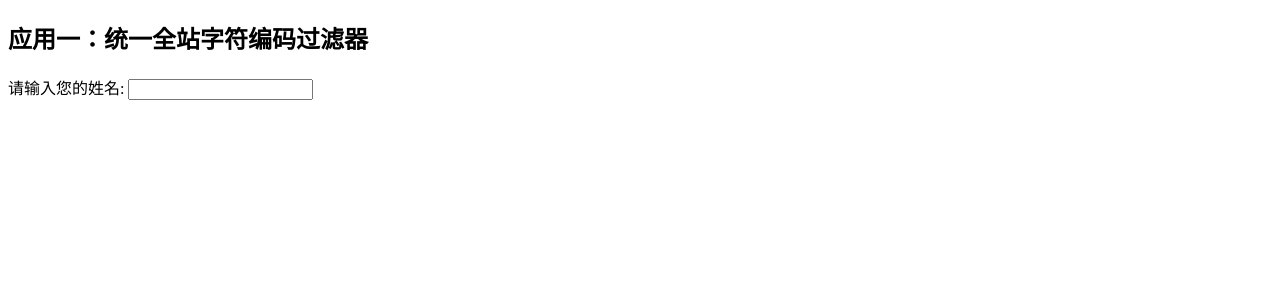
Repository: iamsongpeng/java-web-demo
Page: http://localhost/java-web-demo-filter/demo01/encoding.jsp
The author's editor kept a copy of each file at every save. The page is drawn from the files as they stood at one save, then again after the next save.
The browser window is 1280 px wide. The pictures show the whole page.
The page is served by Tomcat 9. Other server files are loaded and not shown.

Above is the page before, as saved 2017-06-12 16:32:51.

### java-web-demo-filter/WebContent/demo01/encoding.jsp
<%@ page language="java" contentType="text/html; charset=UTF-8"
    pageEncoding="UTF-8"%>
<!DOCTYPE html PUBLIC "-//W3C//DTD HTML 4.01 Transitional//EN" "http://www.w3.org/TR/html4/loose.dtd">
<html>
<head>
<meta http-equiv="Content-Type" content="text/html; charset=UTF-8">
<title>Insert title here</title>
</head>
<body>
	<h2>应用一：统一全站字符编码过滤器</h2>
	<form action="${pageContext.request.contextPath }/encoding">
		请输入您的姓名: <input type="text" name="name">
	</form>
</body>
</html>

After the next save:
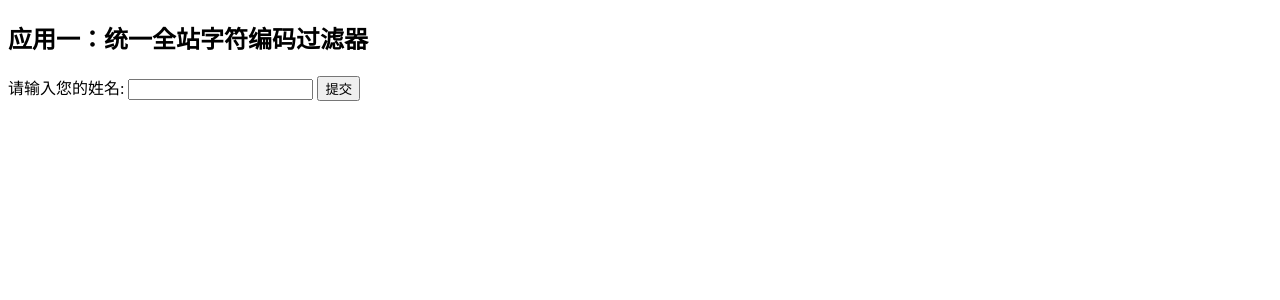
Saved 31 s later.
--- a/java-web-demo-filter/WebContent/demo01/encoding.jsp
+++ b/java-web-demo-filter/WebContent/demo01/encoding.jsp
@@ -10,6 +10,7 @@
 	<h2>应用一：统一全站字符编码过滤器</h2>
 	<form action="${pageContext.request.contextPath }/encoding">
 		请输入您的姓名: <input type="text" name="name">
+		<button type="submit">提交</button>
 	</form>
 </body>
 </html>
